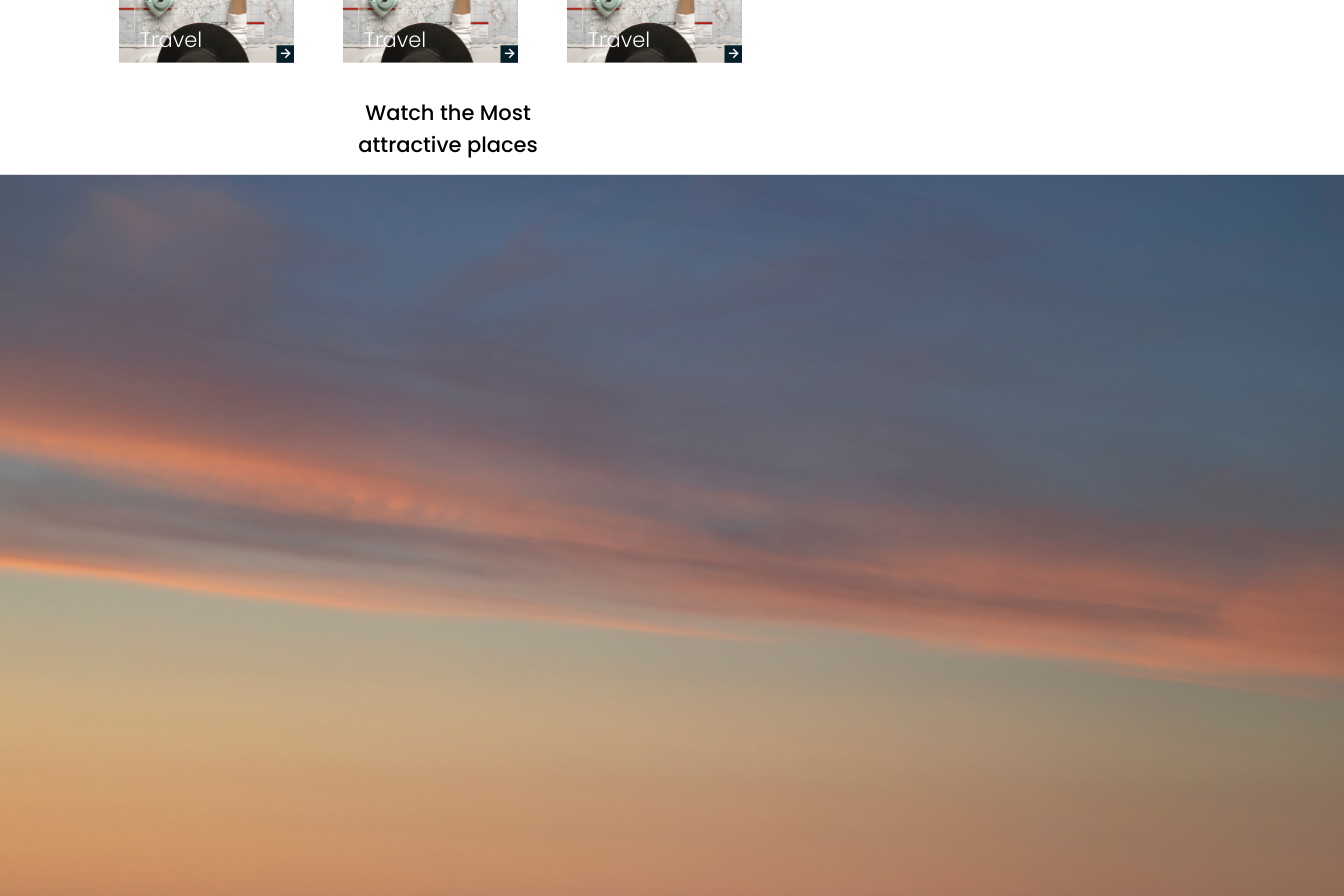
Repository: OmniaRafat232111121/Traveling
Page: index.html
These files come from the project's save history. The page is drawn as it stood at one moment and after the next save; the edit follows.
The browser window is 1280 px wide. The page is 1920 px wide, then 1280 px, so the pictures cover 1920 px, including what lies to the right of the window. The pictures show the part of the page from y = 974 to 2254 px (the page is 4111 px tall before and 1224 px after), at 70% of full size.

Above is the page before, as saved 2022-12-20 11:43:31.

### index.html
<!DOCTYPE html>
<html lang="en">
<head>
    <meta charset="UTF-8">
    <meta http-equiv="X-UA-Compatible" content="IE=edge">
    <meta name="viewport" content="width=device-width, initial-scale=1.0">
    <title>Travel Css</title>
    <link rel="stylesheet" href="css/style.css">
    <!--swiper-->
       <link
  rel="stylesheet"
  href="https://cdn.jsdelivr.net/npm/swiper@8/swiper-bundle.min.css"
/>
<!--Box icon-->
 <link rel="stylesheet"
  href="https://cdn.jsdelivr.net/npm/boxicons@latest/css/boxicons.min.css">
</head>
<body>
    <!--navbar start-->
    <header class="header">
        <div class="logo">
        <a href="index.html" >Travel</a>
        </div>
        <div class="'bx bx-menu" id="menu-icon"></div>
        <nav>
            <ul>
                <li><a href="index.html">Home</a></li>
                <li><a href="#about">About</a></li>
                <li><a href="#places">Places</a></li>
                <li><a href="#viedos">Videos</a></li>
            </ul>
        </nav>

    </header>
   <!--navbar end-->
   <!--home start-->
   <section class="home swiper" id="home">
   <div class="swiper-wrapper">
        <div class="swiper-slide container">
            <img src="./imgs/travel1.jpg" alt="travel"/>
            <div class="home-text">
                <span>Discover now</span>
                <h1>Explore the <br>Beautiful<br> of Malidives</h1>
                <a href="#" class="btn"> Explore</a>
            </div>
        </div>

        <div class="swiper-slide container">
            <img src="./imgs/dessert.jpg" alt="travel"/>\
            <div class="home-text">
                <span>Discover now</span>
                <h1>Explore the <br>Beautiful<br> of Malidives</h1>
                <a href="#" class="btn"> Explore</a>
            </div>
        </div>
        <div class="swiper-slide container">
            <img src="./imgs/travel3.jpg" alt="travel"/>
            <div class="home-text">
                <span>Discover now</span>
                <h1>Explore the <br>Beautiful<br> of Malidives</h1>
                <a href="#" class="btn"> Explore</a>
            </div>
        </div>

      </div>
    <div class="swiper-pagination"></div>
   </section>
   <!--home end-->

   <!--places start-->
   <section class="places" id="places">
    <div class="heading">
        <h1>Find the Most <br>attractive places</h1>
        <div class="places-container">
            <div class="box">
                <div class="place-image">
                   <img  src="./imgs/p1.jpg" alt="image" />
                </div>
                <div class="place-heading">
                    <h2>Travel</h2>
                </div>
                <i class='bx bx-right-arrow-alt place-icon'></i>

            </div>
            <div class="box">
                <div class="place-image">
                   <img  src="./imgs/p1.jpg" alt="image" />
                </div>
                <div class="place-heading">
                    <h2>Travel</h2>
                </div>
                <i class='bx bx-right-arrow-alt place-icon'></i>

            </div>
            <div class="box">
                <div class="place-image">
                   <img  src="./imgs/p1.jpg" alt="image" />
                </div>
                <div class="place-heading">
                    <h2>Travel</h2>
                </div>
                <i class='bx bx-right-arrow-alt place-icon'></i>

            </div>

        </div>

    </div>

   </section>

   <!--places ends-->

   <section class="Videos" id="Videos">
    <div class="heading">
        <h1>Watch the Most <br>attractive places</h1>
        <img src="./imgs/rose.jpg" at="image"/>

    </div>

   </section>
<!--swiper-->
<script src="https://cdn.jsdelivr.net/npm/swiper@8/swiper-bundle.min.js"></script>
<!--custom js-->
<script src="main.js"></script>
</body>
</html>

### css/style.css
@import url('https://fonts.googleapis.com/css2?family=Be+Vietnam+Pro:wght@100&family=Inter:wght@100;300;400;500;600&family=Montserrat:wght@400;700&family=Nunito:ital,wght@0,200;0,300;1,200&family=Open+Sans:ital,wght@0,300;0,600;0,700;1,300&family=Poppins:ital,wght@0,200;0,300;0,500;0,600;0,800;0,900;1,100;1,200;1,300;1,500&family=Work+Sans:ital,wght@0,100;0,200;0,400;0,500;1,200;1,300&display=swap');
*{
    padding:0;
    margin:0;
    box-sizing: border-box;
    font-family: Poppins,'sans-serif';
    scroll-behavior: smooth;
}
:root{
    --text-color:#021f2a;
    --bf-color:#fff;
}
li{
    list-style: none;
}
a{
    text-decoration: none;
}
header{

    position:fixed;
    width:100%;
    top:0;
    left:0;
    right:0;
    display:flex;
    align-items: center;
    justify-content: space-between;
    padding:10px 20px;
     transition: 0.3s;
     z-index:20000;
}
nav ul li{
    display:inline-block;
    margin-left: 100px;

}
nav ul li a{
    color:#fff;
}
.logo a{
    font-size: 1rem;
    font-weight: 600;
    color:var(--bf-color)
}
nav ul li {
    position: relative;
}
nav ul li a::after{
    content:" ";
    width:0%;
    height:2px;
    background-color:#fff;
    position: absolute;
    bottom: -3px;
    left:0;
    transition: 0.3s;

}
nav ul li a:hover::after{
 width:50px;
}
#menu-icon{
    display:none;
    cursor: pointer;
    z-index:10001;

}
.container{
    position:relative;
    width:100%;
    min-height:640px ;
    display: flex;
    align-items: center;
}
.container img{
    position: absolute;
    width:100%;
    height:100%;
    object-fit: cover;
}
.swiper-pagination-bullet{
padding:5px;
 background:var(--bf-color);
}
/* .swiper-pagination-bullet-active{
    background:var(--bf-color);
} */
span.swiper-pagination-bullet.swiper-pagination-bullet-active.swiper-pagination-bullet-active-main {
    background: #fff;
}
.home-text{
    z-index:20001;
    padding:0px 100px;
}
.home-text span{
    color:#fff;
    font-size: 10px;
}
.home-text h1{
    font-weight: 700;
    font-size: 35px;
    color:#fff;
}
.home-text h1:hover{
    color:var(--text-color);
    transition: 0.3s linear;
}
.btn{
    background-color: var(--bf-color);
    color:var(--text-color);
    padding:10px 20px;
    border-radius: 10px;
    margin-top: 70px;
    font-weight: 500;
}
.btn:hover{
    color: var(--bf-color);
    background-color:var(--text-color);
}

.heading{
    text-align: center;
}
.heading h1{
    font-weight: 500;
    padding:20px;
    font-size: 30px;
}
.places-container{
    display:grid;
    grid-template-columns: repeat(auto-fill,minmax(300px,auto));
    gap:20px;
    padding:30px;
    justify-content: center;
}
.places-container .box{
    position:relative;
}
.box .place-image{
    width:250px;
    height:100%;
    overflow: hidden;
}
.places-container .box .place-image img{
    width:100%;
    height:100%;
}
 .box .place-image img:hover{
    transform: scale(1.1);
    transition: 0.3s;
}
.place-heading {
position:absolute;
bottom:10px;
}
.place-heading h2{
    font-weight: 300;
    font-size: 30px;
    color:var(--bf-color);
    margin-left:30px;

}
.place-icon{
    position:absolute;
    bottom:0px;
    right:50px;
    color:var(--bf-color);
    background-color: var(--text-color);
    font-size: 25px;
    cursor: pointer;
}
.place-icon:hover{
    background-color:var(--bf-color);
    color: var(--text-color);
}

### main.js
//swiper
var swiper = new Swiper(".home", {
       loop: true,
       grabCursor:true,
       pagination: {
          el: ".swiper-pagination",
          dynamicBullets: true,
        },
});

After the next save:
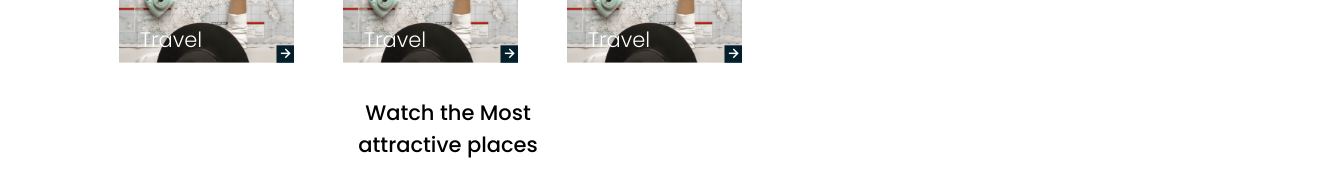
Saved 54 s later.
--- a/index.html
+++ b/index.html
@@ -114,7 +114,9 @@
    <section class="Videos" id="Videos">
     <div class="heading">
         <h1>Watch the Most <br>attractive places</h1>
-        <img src="./imgs/rose.jpg" at="image"/>
+        <div>
+
+        </div>
 
     </div>
 
